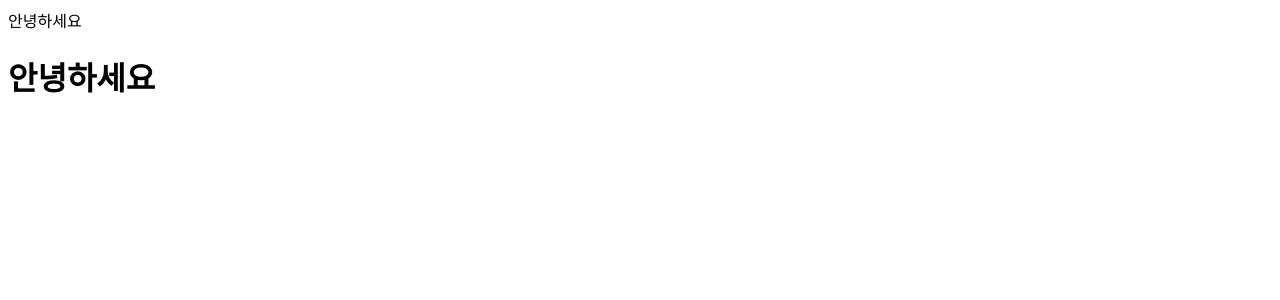
Repository: man332414/myJspStudy
Page: http://localhost/test1/index.jsp
These files come from the project's save history. The page is drawn as it stood at one moment and after the next save; the edit follows.
The browser window is 1280 px wide. The pictures show the whole page.
The page is served by Tomcat 10. Other server files are loaded and not shown.

Above is the page before, as saved 2024-10-10 13:30:39.

### test1/src/main/webapp/index.jsp
<%@ page language="java" contentType="text/html; charset=UTF-8" pageEncoding="UTF-8"%>
<!DOCTYPE>
<html>
<head>
<meta charset="UTF-8">
<title>Insert title here</title>
</head>
<body>
	안녕하세요
	<h1> 안녕하세요 </h1>
</body>
</html>

After the next save:
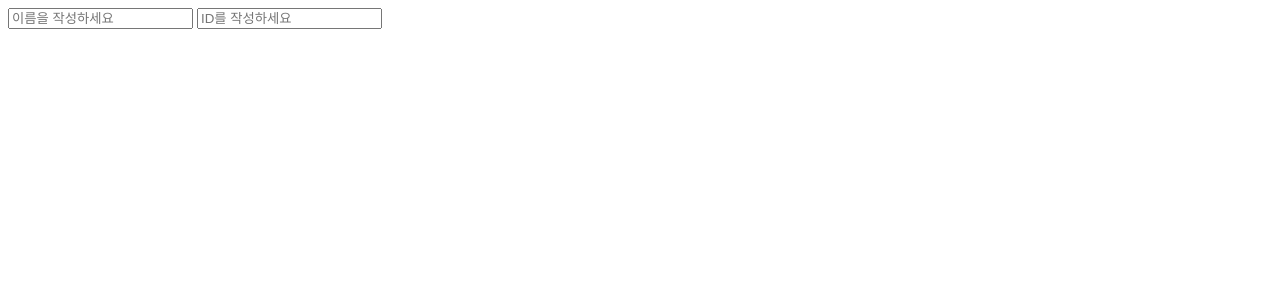
Saved 15 min 23 s later.
--- a/test1/src/main/webapp/index.jsp
+++ b/test1/src/main/webapp/index.jsp
@@ -3,10 +3,12 @@
 <html>
 <head>
 <meta charset="UTF-8">
-<title>Insert title here</title>
+<title>Index</title>
 </head>
 <body>
-	안녕하세요
-	<h1> 안녕하세요 </h1>
+	<form action = "1_1">
+		<input type = "text" name = "name" placeholder = "이름을 작성하세요">
+		<input type = "text" name = "id" placeholder = "ID를 작성하세요">
+	</form>
 </body>
 </html>
